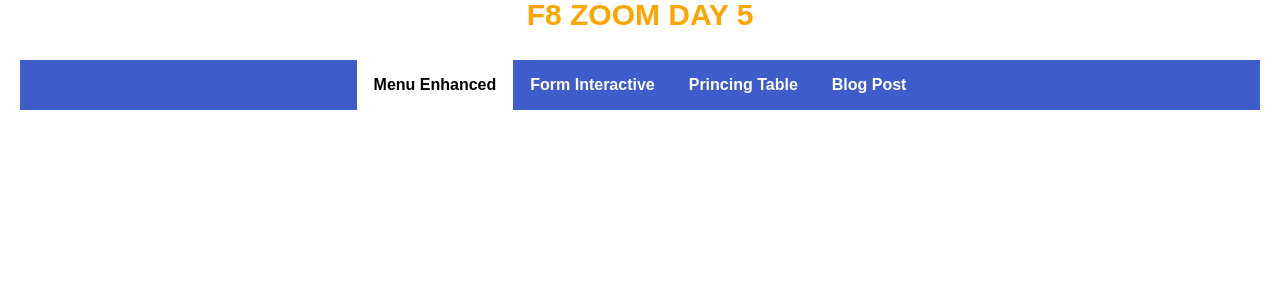
Repository: lannguyen1301/f8-zoom-day-5
Page: index.html
The author's editor kept a copy of each file at every save. The page is drawn from the files as they stood at one save, then again after the next save.
The browser window is 1280 px wide. The pictures show the whole page.

Above is the page before, as saved 2025-04-21 18:59:29.

After the next save:
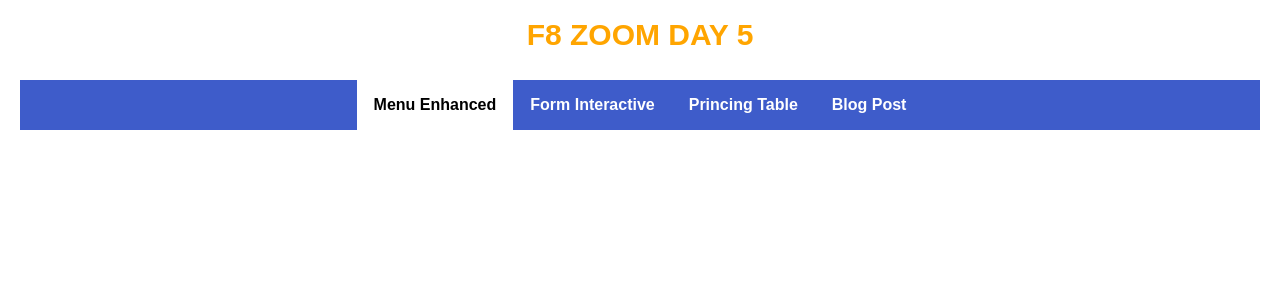
Saved 31 s later.
--- a/assets/css/style.css
+++ b/assets/css/style.css
@@ -18,7 +18,7 @@ a {
 
 .inner {
     margin: 0 auto;
-    padding: 0 20px;
+    padding: 20px;
 }
 
 .title-desc {
